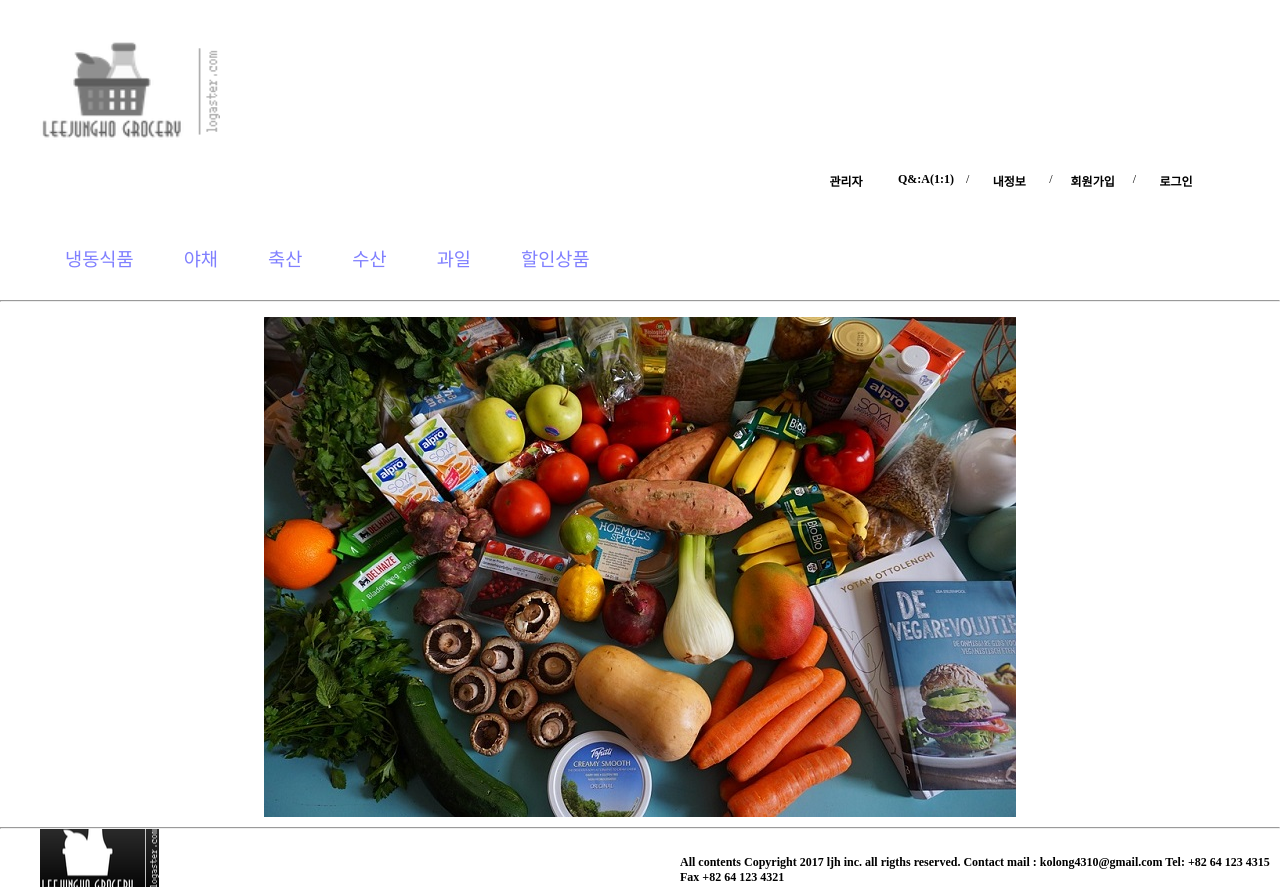
Repository: kolong4310/gitfth
Page: http://localhost/Shop/NonageServlet?command=index
These files come from the project's save history. The page is drawn as it stood at one moment and after the next save; the edit follows.
The browser window is 1280 px wide. The pictures show the whole page.
The page is served by Tomcat 9. Other server files are loaded and not shown. Queries for data that is not in the repository find no rows.

Above is the page before, as saved 2017-05-09 08:26:53.

### JspPro/Shop/WebContent/index.jsp
<%@ page language="java" contentType="text/html; charset=UTF-8"
    pageEncoding="UTF-8"%>

    	<%@ include file="../header.jsp" %>


    	<div id="main_img">
    		<img src="images/product.jpg">

    	</div>

    	<%@ include file="../footer.jsp" %>

### JspPro/Shop/WebContent/header.jsp
<%@ page language="java" contentType="text/html; charset=UTF-8"
    pageEncoding="UTF-8"%>
<%@ taglib prefix="c" uri="http://java.sun.com/jsp/jstl/core" %>
<%@ taglib prefix="fmt" uri="http://java.sun.com/jsp/jstl/fmt" %>

<!DOCTYPE html PUBLIC "-//W3C//DTD HTML 4.01 Transitional//EN" "http://www.w3.org/TR/html4/loose.dtd">
<html>
<head>
<meta http-equiv="Content-Type" content="text/html; charset=UTF-8">
<title>Shop</title>
<link href="css/shopping.css" rel="stylesheet">
<script type="text/javascript" src="member/member.js"></script>
<script type="text/javascript" src="mypage/mypage.js"></script>
</head>

<body>
	<div id="wrap">
		<header>
			<div id="logo">
				<a href="NonageServlet?command=index">
				<img src="images/grocery/4_Grayscale_logo_on_transparent_119x73.png" width="180" height="100" alt="main_logo">
				</a>
			</div>

			<nav id="catagory_menu">
				<ul>
					<c:choose>
						<c:when test="${empty sessionScope.loginUser}"> <!--로그인 담당하는 부분 비어 있으면. 로그인 안되어 있으면  -->
							<li>
								<a href="NonageServlet?command=login_form">로그인</a>
							</li>
							<li>/</li>
							<li><a href="NonageServlet?command=contract">회원가입</a></li>
						</c:when>

						<c:otherwise>
							<li style="color:orange">
								${sessionScope.loginUser.name}(${sessionScope.loginUser.id})
							</li>

							<li><a href="NonageServlet?command=logout">로그아웃</a></li>
							<li><a href="NonageServlet?command=cart_list">장바구니</a></li>
						</c:otherwise>
					</c:choose>

						<li>/</li>
						<li>
							<a href="NonageServlet?command=mypage">내정보</a>
						</li><li>/</li>
						<li>
							<a href="NonageServlet?command=qna_list">Q&amp:A(1:1)</a>
						</li>
						<li>
							<a href="NonageServlet?command=admin_login_form"> 관리자</a>
						</li>
					</ul>
				</nav>

				<nav id="top_menu">
					<ul>
						<li>
							<a href="NonageServlet?command=catagory&kind=1">냉동식품</a>
						</li>

						<li>
							<a href="NonageServlet?command=catagory&kind=2">야채</a>
						</li>

						<li>
							<a href="NonageServlet?command=catagory&kind=3">축산</a>
						</li>

						<li>
							<a href="NonageServlet?command=catagory&kind=4">수산</a>
						</li>

						<li>
							<a href="NonageServlet?command=catagory&kind=5">과일</a>
						</li>

						<li>
							<a href="NonageServlet?command=catagory&kind=6">할인상품</a>
						</li>
					</ul>
				</nav>

				<div class="clear"></div>
				<hr>

		</header>
	</div>
</body>
</html>

### JspPro/Shop/WebContent/footer.jsp
<%@ page language="java" contentType="text/html; charset=UTF-8"
    pageEncoding="UTF-8"%>

	<div class="clear"></div>

	<footer>
		<hr>
		<div id="copy">
			All contents Copyright 2017 ljh inc. all rigths reserved.
			Contact mail : kolong4310@gmail.com  Tel: +82 64 123 4315
			Fax +82 64 123 4321
		</div>
	</footer>
</body>
</html>

### JspPro/Shop/src/com/nonage/controller/NonageServlet.java
package com.nonage.controller;

import java.io.IOException;
import javax.servlet.ServletException;
import javax.servlet.annotation.WebServlet;
import javax.servlet.http.HttpServlet;
import javax.servlet.http.HttpServletRequest;
import javax.servlet.http.HttpServletResponse;

import com.nonage.action.Action;
import com.nonage.controller.action.ActionFactory;

/**
 * Servlet implementation class NonageServlet
 */
@WebServlet("/NonageServlet")
public class NonageServlet extends HttpServlet {
	private static final long serialVersionUID = 1L;

    /**
     * @see HttpServlet#HttpServlet()
     */
    public NonageServlet() {
        super();
        // TODO Auto-generated constructor stub
    }

	/**
	 * @see HttpServlet#doGet(HttpServletRequest request, HttpServletResponse response)
	 */
	protected void doGet(HttpServletRequest request, HttpServletResponse response) throws ServletException, IOException {

		// TODO Auto-generated method stub

		//요청시 보낸 파라미터 command 값을 얻어온다
		String command=request.getParameter("command");
		System.out.println("NonageServlet에서 요청 받음을 확인 : " +command);


		//ActionFactory의 getAction()에 요청 파라미터 값을 넘겨주어 요청에 따른 액션 객체를 얻어온 후에
		//execute()메소드를 호출 하여 요청에 대한 처리가 일어나도록 한다
		ActionFactory af=ActionFactory.getInstance();
		Action action = af.getAction(command);

		if(action!=null){
			action.execute(request, response);
		}
	}

	/**
	 * @see HttpServlet#doPost(HttpServletRequest request, HttpServletResponse response)
	 */
	protected void doPost(HttpServletRequest request, HttpServletResponse response) throws ServletException, IOException {
		// TODO Auto-generated method stub
		//post 방식으로 요청시 한글 깨짐을 방지하기 위한 코드
		request.setCharacterEncoding("UTF-8");

		//doGet()에서만 요청에 대한 처리를 한다
		doGet(request,response);
	}

}

### JspPro/Shop/src/com/nonage/controller/action/ActionFactory.java
package com.nonage.controller.action;

import com.nonage.action.Action;
import com.nonage.action.indexAction;
import com.nonage.admin.controller.action.AdminIndexAction;
import com.nonage.admin.controller.action.AdminMemberListAction;
import com.nonage.admin.controller.action.AdminOrderListAction;
import com.nonage.admin.controller.action.AdminOrderSaverAction;
import com.nonage.admin.controller.action.AdminProductDetailAction;
import com.nonage.admin.controller.action.AdminProductListAction;
import com.nonage.admin.controller.action.AdminProductUpdateFormAction;
import com.nonage.admin.controller.action.AdminProductWriteAction;
import com.nonage.admin.controller.action.AdminProductWriteFormAction;
import com.nonage.admin.controller.action.AdminQnaDetailAction;
import com.nonage.admin.controller.action.AdminQnaListAction;
import com.nonage.admin.controller.action.AdminQnaResaveAction;
import com.nonage.admin.controller.action.AdminProductUpdateAction;


//요청이 들어 왓을 때 어떤 액션 객체가 동작해야 하는지 판단하여 객체를 생성해주는 일응 담당

public class ActionFactory {
	private static ActionFactory instance = new ActionFactory();
	public ActionFactory(){
		super();
	}

	public static ActionFactory getInstance(){
		return instance;
	}

	public Action getAction(String command){
		Action action=null;
		System.out.println("ActionFactory :" + command);

		if(command.equals("index")){
			action = new indexAction();
		}else if(command.equals("product_detail")){
			action = new ProductDetailAction();
		}else if(command.equals("catagory")){
			action = new ProductKindAction();
		}else if(command.equals("contract")){
			action = new ContractAction();
		}else if(command.equals("join_form")){
			action = new JoinFormAction();
		}else if(command.equals("id_check_form")){
			action = new idCheckFormAction();
		}else if(command.equals("find_zip_num")){
			action = new FindZipNumAction();
		}else if(command.equals("join")){
			action = new JoinAction();
		}else if(command.equals("login_form")){
			action = new LoginFormAction();
		}else if(command.equals("login")){
			action = new LoginAction();
		}else if(command.equals("logout")){
			action = new LogoutAction();
		}else if(command.equals("cart_insert")){
			action = new CartInsertAction();
		}else if(command.equals("cart_list")){
			action = new CartListAction();
		}else if(command.equals("cart_delete")){
			action = new CartDeleteAction();
		}else if(command.equals("order_insert")){
			action = new OrderInsertAction();
		}else if(command.equals("order_list")){
			action = new OrderListAction();
		}else if(command.equals("mypage")){
			action = new MypageAction();
		}else if(command.equals("order_detail")){
			action = new OrderDetailAction();
		}/*else if(command.equals("order_all")){
			action = new OrderAllAction();
		}*/else if(command.equals("qna_list")){
			action = new QnaListAction();
		}else if(command.equals("qna_write_form")){
			action = new QnaWriteFormAction();
		}else if(command.equals("qna_write")){
			action = new QnaWriteAction();
		}else if(command.equals("qna_view")){
			action = new QnaViewAction();
		}else if(command.equals("admin_login_form")){
			action = new AdminIndexAction();
		}else if(command.equals("admin_login")){
			action = new AdminLoginAction();
		}else if(command.equals("admin_logout")){
			action = new AdminLogoutAction();
		}else if(command.equals("admin_product_list")){
			action = new AdminProductListAction();
		}else if(command.equals("admin_product_write_form")){
			action = new AdminProductWriteFormAction();
		}else if(command.equals("admin_product_write")){
			action = new AdminProductWriteAction();
		}else if(command.equals("admin_product_detail")){
			action = new AdminProductDetailAction();
		}else if(command.equals("admin_product_update_form")){
			action = new AdminProductUpdateFormAction();
		}else if(command.equals("admin_product_update")){
			action = new AdminProductUpdateAction();
		}else if(command.equals("admin_order_list")){
			action = new AdminOrderListAction();
		}else if(command.equals("admin_order_save")){
			action = new AdminOrderSaverAction();
		}else if(command.equals("admin_member_list")){
			action = new AdminMemberListAction();
		}else if(command.equals("admin_qna_list")){
			action = new AdminQnaListAction();
		}else if(command.equals("admin_qna_detail")){
			action = new AdminQnaDetailAction();
		}else if(command.equals("admin_qna_repsave")){
			action = new AdminQnaResaveAction();
		}
		return action;
	}
}

### JspPro/Shop/src/com/nonage/action/Action.java
package com.nonage.action;

import java.io.IOException;

import javax.servlet.ServletException;
import javax.servlet.http.HttpServletRequest;
import javax.servlet.http.HttpServletResponse;


//요청이 들어오면 액션 객체에서 모든 비즈니스 로직을 수행하고 뷰를 결정, 액션 클래스들은 요청에 대해서 동일한 메소드로 처리하도록 하기 위해 인터페이스(Action)의 상속을 받도록 합니다
//다음은 요청에 대한 처리를 담당할 추상 메소드를 갖는 인터페이스, 인터페이스를 모든 액션 클래스가 상속 받도록 할 것
public interface Action {
	public void execute(HttpServletRequest request, HttpServletResponse response)
		throws ServletException,IOException;

}

### JspPro/Shop/src/com/nonage/action/indexAction.java
package com.nonage.action;

import java.io.IOException;
import java.util.ArrayList;

import javax.servlet.RequestDispatcher;
import javax.servlet.ServletException;
import javax.servlet.http.HttpServletRequest;
import javax.servlet.http.HttpServletResponse;

import com.nonage.dao.ProductDAO;
import com.nonage.dto.ProductVO;
//메인 화면 출력을 위한 액션 클래스
public class indexAction implements Action {

	@Override
	public void execute(HttpServletRequest request, HttpServletResponse response) throws ServletException, IOException {
		// TODO Auto-generated method stub
		String url="/index.jsp";
		//데이터 베이스에서 상품 정보 얻어오는 비즈니스 로직
		ProductDAO productDAO=ProductDAO.getInstance();
		ArrayList<ProductVO> newProductList=productDAO.listNewProduct();
		ArrayList<ProductVO> bestProductList=productDAO.listBestProduct();

		request.setAttribute("newProductList", newProductList);
		request.setAttribute("bestProductList", bestProductList);

		RequestDispatcher dispatcher=request.getRequestDispatcher(url);
		dispatcher.forward(request, response);

	}

}

### JspPro/Shop/src/util/DBManager.java
package util;

import java.sql.Connection;
import java.sql.PreparedStatement;
import java.sql.ResultSet;

import javax.naming.Context;
import javax.naming.InitialContext;
import javax.sql.DataSource;

import com.mysql.jdbc.Statement;

public class DBManager {
	public static Connection getConnection(){
		Connection conn=null;

		try{
			Context initContext = new InitialContext();
			Context envContext  = (Context)initContext.lookup("java:/comp/env");
			DataSource ds = (DataSource)envContext.lookup("jdbc/TestDB");
			conn = ds.getConnection();

		}catch(Exception e){
			e.printStackTrace();
		}
		return conn;
	}



	public static void close(Connection conn, PreparedStatement stmt, ResultSet rs){

		try{
			rs.close();
			stmt.close();
			conn.close();
		}catch(Exception e){
			e.printStackTrace();
		}
	}


	public static void close(Connection conn,PreparedStatement stmt){
		try{
			stmt.close();
			conn.close();
		}catch(Exception e){
			e.printStackTrace();
		}
	}
}

### JspPro/Shop/WebContent/css/shopping.css
body{
    background-color:#ffffff;
    margin:0;
    padding:0;
    font-size:0.75em;
}

#wrap{
    width:100%; /* 각 웹 페이지 크기에 맞게 사이즈 조정 */
    text-align:left;
    margin:0;
    margin-right:auto;
    margin-left:auto;
    background-color:#ffffff;
    background-repeat:repeat-y;
    min-height:200px;
}

.clear{clear:both;}

#logo{
    float:left;
    width:180px;
    height:100px;
    margin:40px 0 0 40px;
}

nav#catagory_menu{
	float:right;
    margin:20px 64px 0 0;
    font-family: Arial, Helvetica, sans-serif;
}

table#cartList {
    border-collapse:collapse;    /* border 사이의 간격 없앰 */
    border-top: 2px solid  #333;
    border-bottom: 1px solid  #333;
    width:100%;                  /* 전체 테이블 길이 설정 */
    margin-bottom: 20px;
}

table#cartList th, td{
    border-bottom: 1px dotted  #333;
	text-align: center;
}

nav#catagory_menu ul{
    list-style:none;
    width: 1000px;
}

nav#catagory_menu ul li{
	display:block;
    height:30px;
    float:right;
    font-family: 굴림;
}

nav#catagory_menu a{
    text-decoration:none;
    display:inline-block;
    width: 80px;
    text-align: center;
    color: #000000;
    font-weight: bold;
}

nav#catagory_menu a:hover{
    color: #F90;
    font-weight: bold;
}

nav#top_menu{
    margin: 20px 0;
    float:left;
}

nav#top_menu ul{
    list-style:none;
    font-family:Verdana;
}
nav#top_menu ul li{
   float:left;
   margin:0 15px;
   font-size: 14pt;
}

nav#top_menu a{
	display:block;
    height:20px;
    text-decoration:none;
    color:#8080ff;
    padding: 10px;
}

nav#top_menu a:hover{
    background-image:url(../images/purple.gif);
    background-repeat:repeat-x;
    background-position:bottom;
}

article h1, div h1 {
	font-family: "Times New Roman", Times, serif;
	font-size: 45px;
	color: #CCC;
	margin: 20px 0;
	font-weight: normal;
}

article h2, div h2{
	font-family: "Times New Roman", Times, serif;
	font-size: 30px;
	color: #000000;
	padding-bottom: 15px;
	border-bottom: 1px dotted #666; /* 제목 하단 부에 점선을 넣어 제목이라는 것을 표시해 줍니다. */
}



#item{
    width:200px;
    float:left; margin: 0 13px;
    text-align: center;
}

#item img{
	width: 190px;
	height : 200px;
}

#itemdetail  img{
	width: 190px;
	height : 200px;
	margin-right: 20px;
}

a{
    color:#F00;
    text-decoration:none;
}
a:hover{
    color:#0000ff;
    text-decoration:underline;
}

#pname {
	font-size: 20px;
	border-bottom: 1px dotted #666;
	padding: 5px 0;
}

footer {
	margin:10px 0 0 0;
	height:60px;
	background-image: url(../images/grocery/5_White_logo_on_black_119x73.png);
	background-repeat: no-repeat;
	background-position: 40px center;
}

footer #copy {
	margin: 20px 0 10px 300px;
	width:600px;
	float:right;
	font-weight:bold;
	font-size: 1em;
}

#main_img{
	text-align: center;
}
#main_img img{
    margin:9px 0 0 0;
}

div#front{
    margin:5px 0 5px 20px;
}

#sub_img {
	text-align: center;
}

#sub_img img {
	margin: 9px 0 0 0;
}



article {
	float: right;
	position:relative;
	right:-10%;
	width: 100%;
	padding-right: 10px;
	font-family: Verdana, Geneva, sans-serif;
	font-size: 1em;
	line-height: 1.5em;
	margin:10px 0 0 0;
}


article p {

	padding-left: 10px;
}

article table#notice {

	width: 670px;
	border-collapse: collapse;
	border-top: 1px solid #999;
}

article table#notice th {

	height: 20px;
	width: 70px;
	font-size: 14px;
	font-weight: bold;
	padding: 5px;
	color: #FFF;
	border-bottom: 1px dotted #999;
}

article table#notice td {

	text-align: left;
	padding: 6px 0;
	border-bottom: 1px dotted #999;
}

article table#notice tr:hover {

	background-color: #DDF;
	cursor: pointer;
	color: red;
}




form {
	margin: 10px 0 0 0;
	width: 670px;
}

form fieldset {
	padding: 10px 0 20px 5px;
	border: none;
}

form fieldset legend {
	font-size: 20px; /* 제목으로 사용되기 때문에 크기를 크게 잡아 줍니다. */
	border-bottom: 1px dotted #666; /* 제목 하단 부에 점선을 넣어 제목이라는 것을 표시해 줍니다. */
	width: 600px; /* 전체 크기를 잡아 줍니다. */
	padding: 5px 0; /* 위와 아래로 여백을 주고 좌우로는 여백을 없애버립니다.
                                      여백을 안 주게 되면 밑줄과 너무 붙어버려 보기에 좋지 않습니다. */
}

form label {
	width: 140px; /* 전체의 크기를 정의합니다. */
	float: left; /* 왼쪽으로 이동시킵니다. */
	margin: 5px 0; /* 마진을 이용해서 상하로 간격을 줍니다. */
}

form input {
	margin: 5px 0; /* label과 마찬가지로 여기도 동일하게 상하로 간격을 줍니다. */
	border: 1px solid #999; /* input 박스의 테두리 모양을 정의해 줍니다. */
	background-color: #FCFDEA; /* 배경색을 이용하여 바탕화면 색과 차별을 줍니다. */
}

form input.id {
	width: 100px;
	height: 18px;
}

form input.dup {
	width: 90px; /* 버튼의 가로 크기를 정합니다. */
	height: 23px; /* 버튼의 세로 크기를 정합니다. */
	border-radius: 8px; /* border-radius 통해 둥그런 버튼으로 만듭니다. */
	border: none; /* 배경 이미지가 어둡기 때문에 여기서 border는 없애버리겠습니다. */
	margin: 0 0 0 5px; /* 마진을 왼쪽만 줘서 input과의 간격을 벌립니다. */
	font-weight: bold; /* 글꼴 두께를 두껍게 */
	color: #FFF; /* 글꼴의 색상은 흰색으로 */
	background-image: url(../images/dup.jpg);
	/* 백그라운드 이미지를 사용합니다. */
	background-repeat: repeat-x; /* 백그라운드 이미지를 x축으로 반복 */
	background-position: center center; /* 백그라운드 이미지의 위치를 중앙으로 위치 */
}

form #buttons {
	margin: 20px 0 0 0;
}

form  .submit,form  .cancel {
	height: 30px; /* 버튼의 세로 크기를 정의합니다. */
	width: 150px; /* 버튼의 가로 크기를 정의합니다. */
	border: 1px solid #666; /* 버튼의 테두리를 정의합니다. */
	border-radius: 10px; /* border-radius를 통해 버튼을 둥그렇게 만듭니다. */
	box-shadow: 3px 3px 2px #ccc; /* box-shadow를 이용해서 그림자를 만듭니다. */
	font-size: 14px; /* 글꼴 사이즈를 조절합니다. */
	background-repeat: repeat-x;
	background-position: center center;
	color: #fff;
	margin: 0 0 0 20px;
}

form  .submit {
	background-image: url(../images/submit_back.jpg);
}

form  .cancel {
	background-image: url(../images/cancel_back.jpg);
}

Loaded but not shown: JspPro/Shop/WebContent/member/member.js (53 lines, source omitted); JspPro/Shop/WebContent/mypage/mypage.js (75 lines, source omitted); JspPro/Shop/src/com/nonage/dao/ProductDAO.java (376 lines, source omitted)

After the next save:
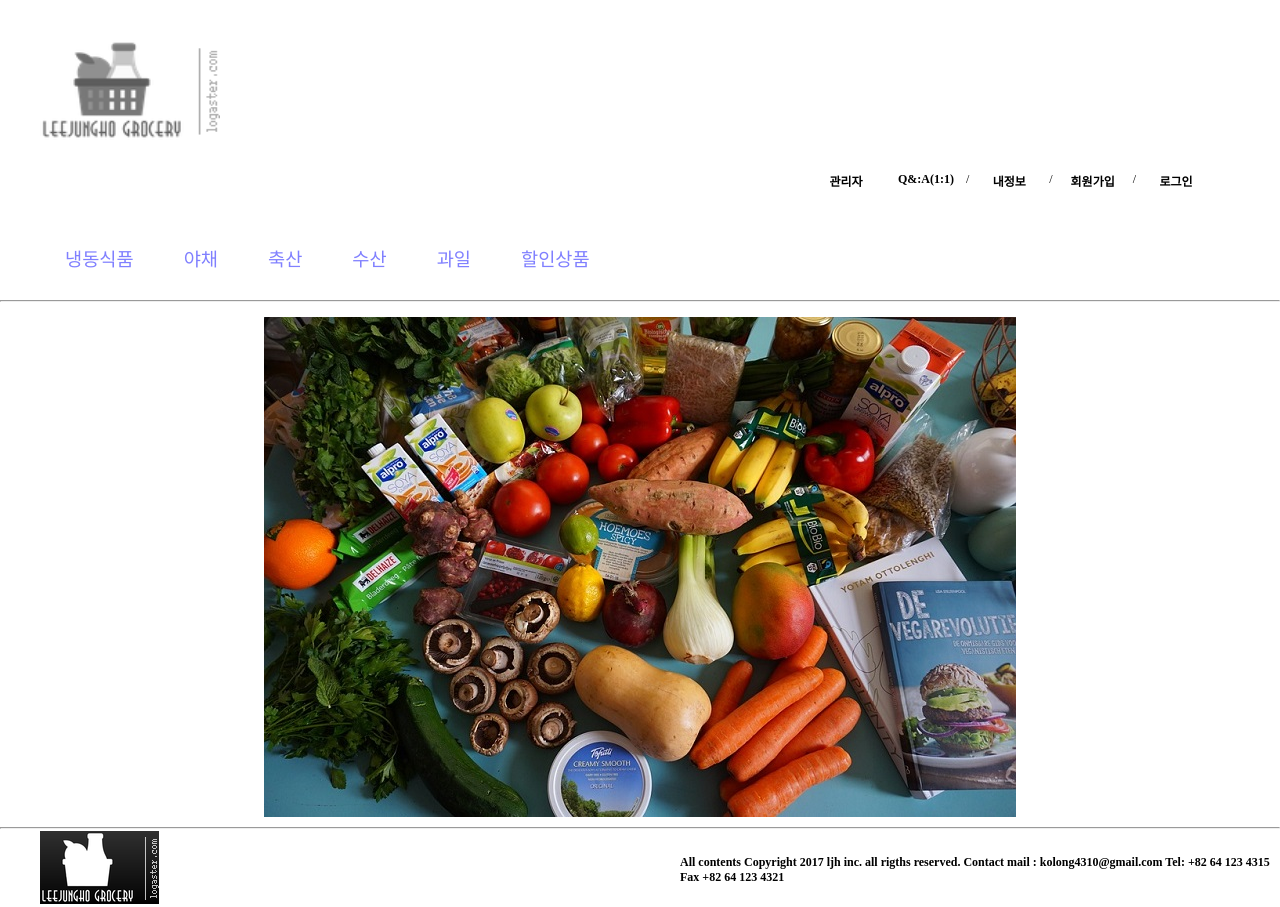
Saved 7 s later.
--- a/JspPro/Shop/WebContent/css/shopping.css
+++ b/JspPro/Shop/WebContent/css/shopping.css
@@ -151,7 +151,7 @@ a:hover{
 
 footer {
 	margin:10px 0 0 0;
-	height:60px;
+	height:80px;
 	background-image: url(../images/grocery/5_White_logo_on_black_119x73.png);
 	background-repeat: no-repeat;
 	background-position: 40px center;
